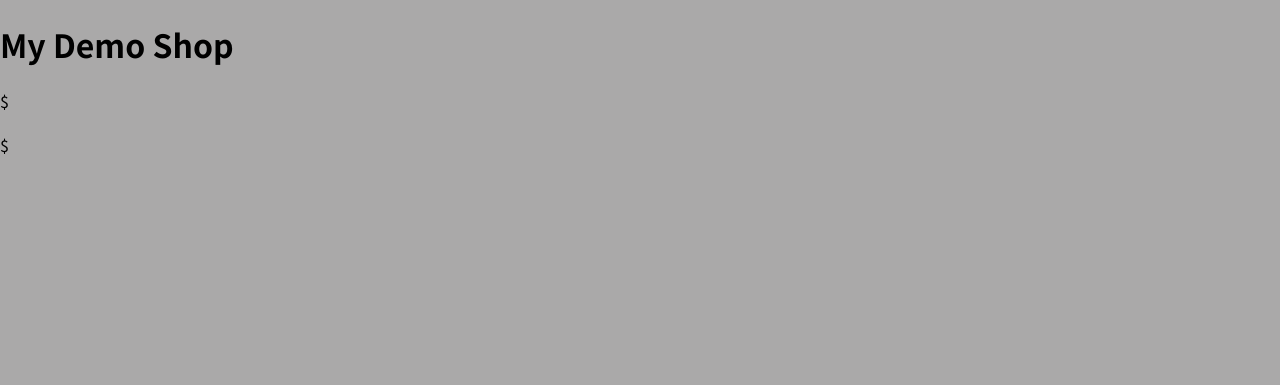
Repository: otvertka/MSC
Page: /
The author's editor kept a copy of each file at every save. The page is drawn from the files as they stood at one save, then again after the next save.
The browser window is 1280 px wide. The pictures show the whole page.
The project was rebuilt for these pictures with package versions that can differ from the ones it lists, and the page was loaded fresh each time. Also part of the build but not shown: src/components/ExpenseItem.css, src/components/ExpenseItem.js.

Above is the page before, as saved 2023-06-18 10:30:20.

After the next save:
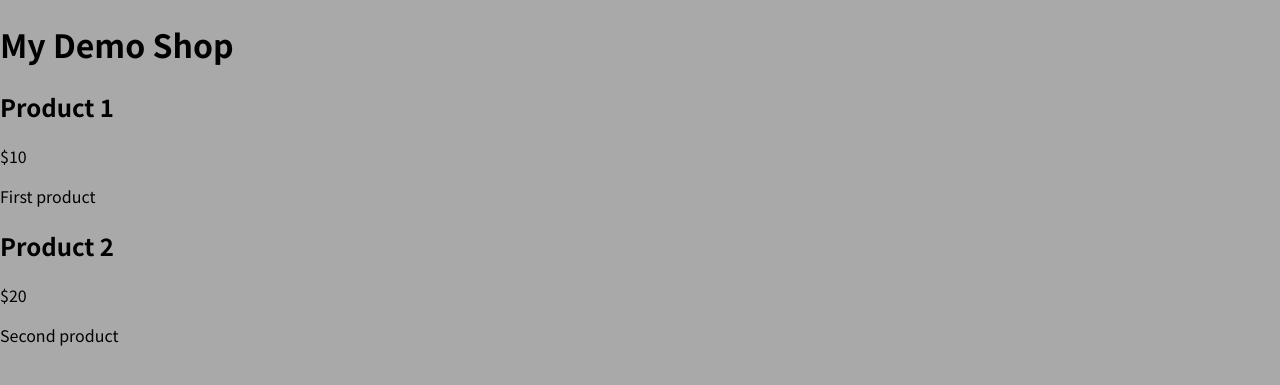
Saved 3 min 48 s later.
--- a/src/App.js
+++ b/src/App.js
@@ -61,15 +61,15 @@ function App() {
       /> */}
       <h1>My Demo Shop</h1>
       <Product
-        title={productsArr[0].title}
-        price={productsArr[0].price}
-        description={productsArr[0].description}
+        title={productsArr[0].Title}
+        price={productsArr[0].Price}
+        description={productsArr[0].Description}
       />
 
       <Product
-        title={productsArr[1].title}
-        price={productsArr[1].price}
-        description={productsArr[1].description}
+        title={productsArr[1].Title}
+        price={productsArr[1].Price}
+        description={productsArr[1].Description}
       />
     </div>
   );
